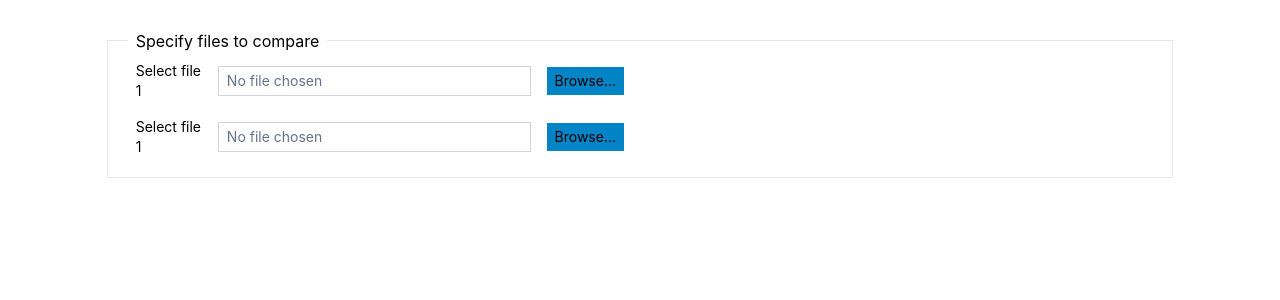
Repository: chionye/paymentology-front
Page: /
The author's editor kept a copy of each file at every save. The page is drawn from the files as they stood at one save, then again after a run of saves.
The browser window is 1280 px wide. The pictures show the whole page.
The project was rebuilt for these pictures with package versions that can differ from the ones it lists, and the page was loaded fresh each time.

Above is the page before, as saved 2022-03-16 13:22:06.

After the next 2 saves:
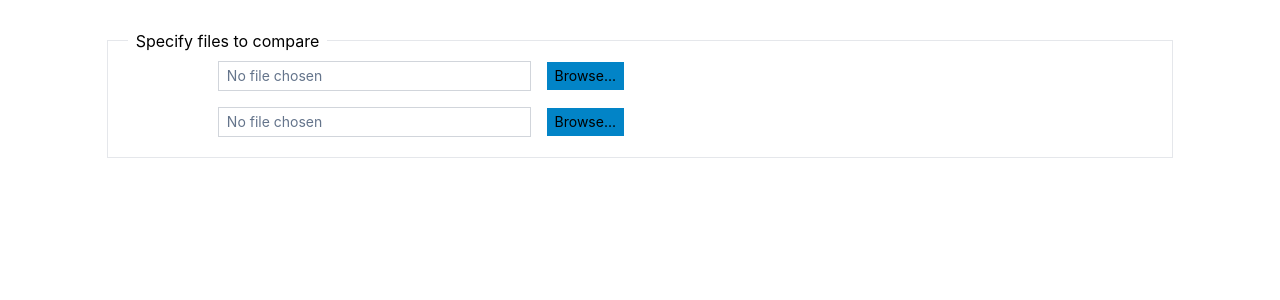
The 2 saves are shown as one change because they came seconds apart.
The last was saved 14 s later.
--- a/src/components/InputFile.js
+++ b/src/components/InputFile.js
@@ -2,7 +2,7 @@ import Button from "./Button";
 const InputFile = (props) => {
     return(
         <div className="flex flex-row w-full md:w-1/2 items-center text-sm my-2 px-4">
-            <label className="w-28">Select file 1</label>
+            <label className="w-28">{props.file}</label>
 
             <input type="file"
                 className="block w-full mx-3 appearance-none border border-1 border-gray-300 py-1 px-2  text-slate-500
